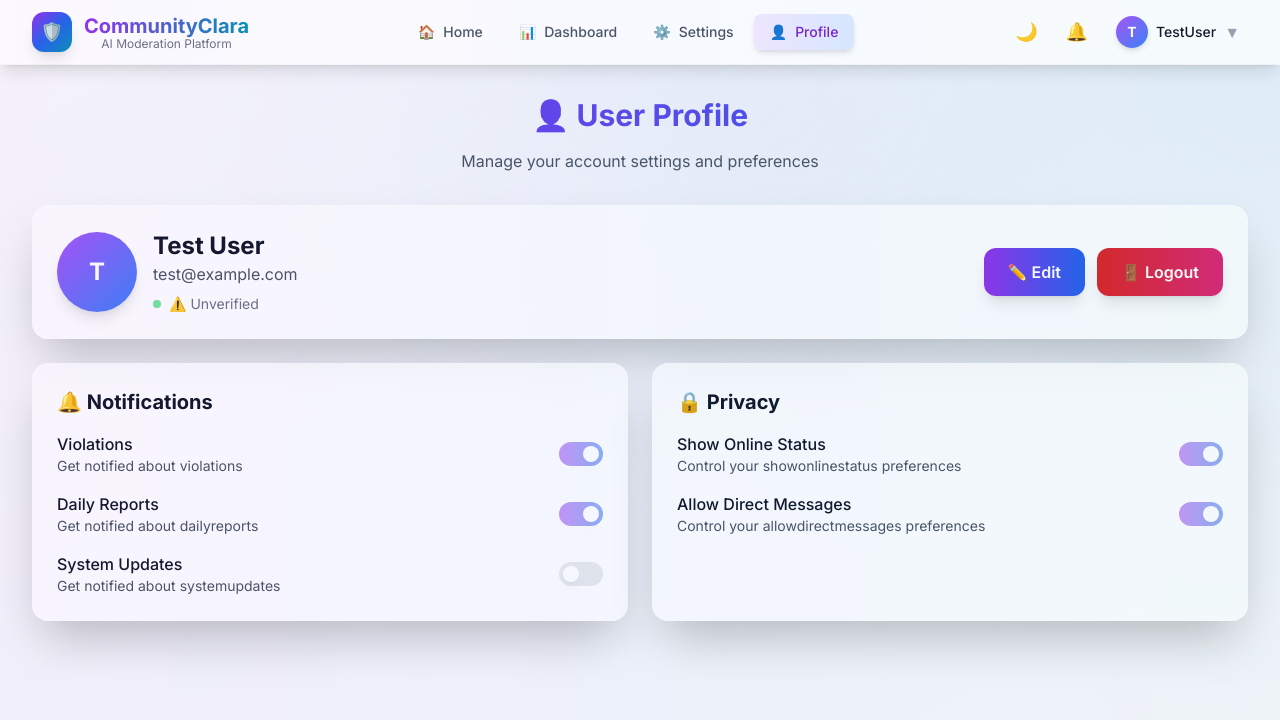
Repository: Tab-To-LightSpeed24/CommunityClara
Page: / (app in frontend/), after clicking the first element matching `div.hidden > :nth-child(4)`
The author's editor kept a copy of each file at every save. The page is drawn from the files as they stood at one save, then again after the next save.
The browser window is 1280 px wide. The pictures show the whole page.
The page's requests for data from a server got no answer. Backgrounds fixed to the window are drawn as part of the page. The project was rebuilt for these pictures with package versions that can differ from the ones it lists, and the page was loaded fresh each time. No one was signed in, and anything a server would have sent is missing. Also part of the build but not shown: frontend/vite.config.js, frontend/src/components/Dashboard/StatsOverview.jsx, frontend/src/components/Dashboard/HealthScore.jsx, frontend/src/components/Dashboard/ViolationsList.jsx, frontend/src/components/Dashboard/AnalyticsChart.jsx, frontend/src/components/Dashboard/ServerSelector.jsx, frontend/src/components/Layout/LoadingSpinner.jsx, frontend/src/components/Layout/ErrorMessage.jsx and 6 more.

Above is the page before, as saved 2025-08-23 01:08:42.

### frontend/index.html
<!doctype html>
<html lang="en">
  <head>
    <meta charset="UTF-8" />
    <link rel="icon" type="image/svg+xml" href="/vite.svg" />
    <meta name="viewport" content="width=device-width, initial-scale=1.0" />
    <title>CommunityClara AI - Discord Moderation Dashboard</title>
  </head>
  <body>
    <div id="root"></div>
    <script type="module" src="/src/main.jsx"></script>
  </body>
</html>

### frontend/src/main.jsx
// frontend/src/main.jsx

import React from 'react'
import ReactDOM from 'react-dom/client'
import App from './App.jsx'
import './index.css'

ReactDOM.createRoot(document.getElementById('root')).render(
  <React.StrictMode>
    <App />
  </React.StrictMode>,
)

### frontend/src/components/Profile/UserProfile.jsx
import React, { useState } from 'react'
import { useAuth } from '../../contexts/AuthContext'
import GoogleSignIn from '../Auth/GoogleSignIn'
import { apiEndpoints } from '../../services/api'

const UserProfile = () => {
  const { user, logout, updateProfile, isAuthenticated, isLoading } = useAuth()
  const [isEditing, setIsEditing] = useState(false)
  const [saving, setSaving] = useState(false)
  const [profile, setProfile] = useState({
    username: user?.username || '',
    display_name: user?.display_name || user?.username || '',
    email: user?.email || '',
    theme: user?.theme || 'system',
    timezone: user?.timezone || 'UTC',
    language: user?.language || 'en',
    notifications: {
      violations: true,
      dailyReports: true,
      systemUpdates: false
    },
    privacy: {
      showOnlineStatus: true,
      allowDirectMessages: true
    }
  })
  // Update profile state when user data changes
  React.useEffect(() => {
    if (user) {
      setProfile(prev => ({
        ...prev,
        username: user.username || '',
        display_name: user.display_name || user.username || '',
        email: user.email || '',
        theme: user.theme || 'system',
        timezone: user.timezone || 'UTC',
        language: user.language || 'en'
      }))
    }
  }, [user])
  const handleSignInSuccess = (userData) => {
  console.log('✅ Sign-in successful:', userData)
  // AuthContext will handle the user state update
}

const handleSignInError = (error) => {
  console.error('❌ Sign-in failed:', error)
  // You can show an error message here
}

// Loading state
if (isLoading) {
    return (
      <div className="flex items-center justify-center py-12">
        <div className="animate-spin rounded-full h-8 w-8 border-b-2 border-purple-600"></div>
        <span className="ml-3 text-lg text-gray-600 dark:text-gray-400">Loading profile...</span>
      </div>
    )
  }

  // Not authenticated - show sign-in
  if (!isAuthenticated) {
    return (
      <div className="max-w-lg mx-auto mt-12">
        <div className="card backdrop-blur-sm bg-white/80 dark:bg-gray-900/80 border border-white/20 shadow-2xl text-center">
          <div className="mb-6">
            <div className="w-20 h-20 bg-gradient-to-br from-purple-500 to-blue-500 rounded-full flex items-center justify-center mx-auto mb-4">
              <span className="text-white text-2xl">👤</span>
            </div>
            <h2 className="text-2xl font-bold text-gray-900 dark:text-gray-100 mb-2">
              Sign In Required
            </h2>
            <p className="text-gray-600 dark:text-gray-400">
              Please sign in with Google to access your profile settings
            </p>
          </div>

          <GoogleSignIn
            onSuccess={handleSignInSuccess}
            onError={handleSignInError}
          />
        </div>
      </div>
    )
  }


  const handleSave = async () => {
    try {
      setSaving(true)

      // Update profile through AuthContext
      const profileData = {
        username: profile.username,
        display_name: profile.display_name,
        theme: profile.theme,
        timezone: profile.timezone,
        language: profile.language,
        notification_preferences: JSON.stringify({
          notifications: profile.notifications,
          privacy: profile.privacy
        })
      }

      const result = await updateProfile(profileData)

      if (result.success) {
        setIsEditing(false)
        console.log('✅ Profile saved successfully')
        // You can add a toast notification here if you have a notification system
      } else {
        console.error('❌ Failed to save profile:', result.error)
        // You can add an error toast here
      }

    } catch (error) {
      console.error('❌ Error saving profile:', error)
      // You can add an error toast here
    } finally {
      setSaving(false)
    }
  }

  const handleLogout = async () => {
    await logout()
    // No need to manually redirect, AuthContext will handle the state
  }


  return (
    <div className="space-y-6">
      {/* Profile Header */}
      <div className="card backdrop-blur-sm bg-white/80 dark:bg-gray-900/80 border border-white/20 shadow-2xl">
        <div className="flex items-center justify-between">
          <div className="flex items-center space-x-4">
            {/* Avatar */}
            <div className="w-20 h-20 bg-gradient-to-br from-purple-500 to-blue-500 rounded-full flex items-center justify-center shadow-lg">
              {user?.avatar_url ? (
                <img
                  src={user.avatar_url}
                  alt="Profile"
                  className="w-full h-full rounded-full"
                />
              ) : (
                <span className="text-white text-2xl font-bold">
                  {user?.display_name?.charAt(0)?.toUpperCase() || user?.username?.charAt(0)?.toUpperCase() || '?'}
                </span>
              )}
            </div>

            <div>
              <h2 className="text-2xl font-bold text-gray-900 dark:text-gray-100">
                {user?.display_name || user?.username}
              </h2>
              <p className="text-gray-600 dark:text-gray-300">{user?.email}</p>
              <div className="flex items-center space-x-2 mt-2">
                <div className="w-2 h-2 bg-green-400 rounded-full animate-pulse"></div>
                <span className="text-sm text-gray-500 dark:text-gray-400">
                  {user?.is_verified ? '✅ Verified' : '⚠️ Unverified'}
                </span>
              </div>
            </div>
          </div>

          <div className="flex items-center space-x-3">
            <button
              onClick={() => setIsEditing(!isEditing)}
              className="btn bg-gradient-to-r from-purple-600 to-blue-600 text-white hover:from-purple-700 hover:to-blue-700"
            >
              {isEditing ? '❌ Cancel' : '✏️ Edit'}
            </button>

            {isEditing && (
              <button
                onClick={handleSave}
                disabled={saving}
                className="btn bg-gradient-to-r from-green-600 to-emerald-600 text-white hover:from-green-700 hover:to-emerald-700 disabled:opacity-50"
              >
                {saving ? (
                  <>
                    <span className="animate-spin mr-2">⟳</span>
                    Saving...
                  </>
                ) : (
                  '✅ Save Changes'
                )}
              </button>
            )}

            <button
              onClick={handleLogout}
              className="btn bg-gradient-to-r from-red-600 to-pink-600 text-white hover:from-red-700 hover:to-pink-700"
            >
              🚪 Logout
            </button>
          </div>
        </div>
      </div>


      {/* Editable Profile Fields */}
      {isEditing && (
        <div className="card backdrop-blur-sm bg-white/80 dark:bg-gray-900/80 border border-white/20 shadow-2xl">
          <h3 className="text-lg font-semibold text-gray-900 dark:text-gray-100 mb-4 flex items-center">
            <span className="text-xl mr-2">✏️</span>
            Edit Profile Information
          </h3>

          <div className="grid grid-cols-1 md:grid-cols-2 gap-6">
            <div>
              <label className="block text-sm font-medium text-gray-700 dark:text-gray-300 mb-2">
                Username
              </label>
              <input
                type="text"
                value={profile.username}
                onChange={(e) => setProfile(prev => ({...prev, username: e.target.value}))}
                className="w-full p-3 border border-gray-300 dark:border-gray-600 rounded-lg bg-white dark:bg-gray-800 text-gray-900 dark:text-gray-100"
              />
            </div>

            <div>
              <label className="block text-sm font-medium text-gray-700 dark:text-gray-300 mb-2">
                Display Name
              </label>
              <input
                type="text"
                value={profile.display_name}
                onChange={(e) => setProfile(prev => ({...prev, display_name: e.target.value}))}
                className="w-full p-3 border border-gray-300 dark:border-gray-600 rounded-lg bg-white dark:bg-gray-800 text-gray-900 dark:text-gray-100"
              />
            </div>

            <div>
              <label className="block text-sm font-medium text-gray-700 dark:text-gray-300 mb-2">
                Theme
              </label>
              <select
                value={profile.theme}
                onChange={(e) => setProfile(prev => ({...prev, theme: e.target.value}))}
                className="w-full p-3 border border-gray-300 dark:border-gray-600 rounded-lg bg-white dark:bg-gray-800 text-gray-900 dark:text-gray-100"
              >
                <option value="system">System</option>
                <option value="light">Light</option>
                <option value="dark">Dark</option>
              </select>
            </div>

            <div>
              <label className="block text-sm font-medium text-gray-700 dark:text-gray-300 mb-2">
                Timezone
              </label>
              <select
                value={profile.timezone}
                onChange={(e) => setProfile(prev => ({...prev, timezone: e.target.value}))}
                className="w-full p-3 border border-gray-300 dark:border-gray-600 rounded-lg bg-white dark:bg-gray-800 text-gray-900 dark:text-gray-100"
              >
                <option value="UTC">UTC</option>
                <option value="America/New_York">Eastern Time</option>
                <option value="America/Chicago">Central Time</option>
                <option value="America/Denver">Mountain Time</option>
                <option value="America/Los_Angeles">Pacific Time</option>
                <option value="Europe/London">London</option>
                <option value="Europe/Paris">Paris</option>
                <option value="Asia/Tokyo">Tokyo</option>
                <option value="Asia/Kolkata">India</option>
              </select>
            </div>
          </div>
        </div>
      )}




      {/* Settings */}
      <div className="grid grid-cols-1 lg:grid-cols-2 gap-6">
        {/* Notification Settings */}
        <div className="card backdrop-blur-sm bg-white/80 dark:bg-gray-900/80 border border-white/20 shadow-2xl">
          <h3 className="text-xl font-bold text-gray-900 dark:text-gray-100 mb-4">
            🔔 Notifications
          </h3>

          <div className="space-y-4">
            {Object.entries(profile.notifications).map(([key, value]) => (
              <div key={key} className="flex items-center justify-between">
                <div>
                  <div className="font-medium text-gray-900 dark:text-gray-100 capitalize">
                    {key.replace(/([A-Z])/g, ' $1').toLowerCase()}
                  </div>
                  <div className="text-sm text-gray-600 dark:text-gray-400">
                    Get notified about {key.toLowerCase()}
                  </div>
                </div>
                <button
                  onClick={() => setProfile(prev => ({
                    ...prev,
                    notifications: { ...prev.notifications, [key]: !value }
                  }))}
                  disabled={!isEditing}
                  className={`relative inline-flex h-6 w-11 items-center rounded-full transition-colors duration-300 focus:outline-none focus:ring-2 focus:ring-purple-500 focus:ring-offset-2 ${
                    value
                      ? 'bg-gradient-to-r from-purple-600 to-blue-600'
                      : 'bg-gray-300 dark:bg-gray-600'
                  } ${!isEditing ? 'opacity-50 cursor-not-allowed' : ''}`}
                >
                  <span
                    className={`inline-block h-4 w-4 transform bg-white rounded-full shadow-lg transition-transform duration-300 ${
                      value ? 'translate-x-6' : 'translate-x-1'
                    }`}
                  />
                </button>
              </div>
            ))}
          </div>
        </div>

        {/* Privacy Settings */}
        <div className="card backdrop-blur-sm bg-white/80 dark:bg-gray-900/80 border border-white/20 shadow-2xl">
          <h3 className="text-xl font-bold text-gray-900 dark:text-gray-100 mb-4">
            🔒 Privacy
          </h3>

          <div className="space-y-4">
            {Object.entries(profile.privacy).map(([key, value]) => (
              <div key={key} className="flex items-center justify-between">
                <div>
                  <div className="font-medium text-gray-900 dark:text-gray-100 capitalize">
                    {key.replace(/([A-Z])/g, ' $1').toLowerCase()}
                  </div>
                  <div className="text-sm text-gray-600 dark:text-gray-400">
                    Control your {key.toLowerCase()} preferences
                  </div>
                </div>
                <button
                  onClick={() => setProfile(prev => ({
                    ...prev,
                    privacy: { ...prev.privacy, [key]: !value }
                  }))}
                  disabled={!isEditing}
                  className={`relative inline-flex h-6 w-11 items-center rounded-full transition-colors duration-300 focus:outline-none focus:ring-2 focus:ring-purple-500 focus:ring-offset-2 ${
                    value
                      ? 'bg-gradient-to-r from-purple-600 to-blue-600'
                      : 'bg-gray-300 dark:bg-gray-600'
                  } ${!isEditing ? 'opacity-50 cursor-not-allowed' : ''}`}
                >
                  <span
                    className={`inline-block h-4 w-4 transform bg-white rounded-full shadow-lg transition-transform duration-300 ${
                      value ? 'translate-x-6' : 'translate-x-1'
                    }`}
                  />
                </button>
              </div>
            ))}
          </div>
        </div>
      </div>
    </div>
  )
}

export default UserProfile

### frontend/src/components/Dashboard/ActivityLog.jsx
// frontend/src/components/Dashboard/ActivityLog.jsx
import React, { useState, useEffect } from 'react'
import { apiHelpers } from '../../services/api'

const ActivityLog = ({ serverId }) => {
  const [activities, setActivities] = useState([])
  const [loading, setLoading] = useState(true)

  useEffect(() => {
    // Only show real activity data - no mock generation
    setActivities([])
    setLoading(false)
  }, [serverId])

  if (loading) {
    return (
      <div className="card backdrop-blur-sm bg-white/80 dark:bg-gray-900/80 border border-white/20 shadow-2xl">
        <div className="animate-pulse">
          <div className="h-6 bg-gradient-to-r from-gray-200 to-gray-300 rounded mb-4"></div>
          <div className="space-y-3">
            {[...Array(5)].map((_, i) => (
              <div key={i} className="flex items-center space-x-3">
                <div className="w-10 h-10 bg-gray-200 rounded-full"></div>
                <div className="flex-1">
                  <div className="h-4 bg-gray-200 rounded mb-2"></div>
                  <div className="h-3 bg-gray-100 rounded w-3/4"></div>
                </div>
              </div>
            ))}
          </div>
        </div>
      </div>
    )
  }

  return (
    <div className="card backdrop-blur-sm bg-white/80 dark:bg-gray-900/80 border border-white/20 shadow-2xl hover:shadow-purple-500/10 transition-all duration-300">
      <div className="flex items-center justify-between mb-6">
        <h3 className="text-xl font-bold bg-gradient-to-r from-purple-600 to-pink-600 bg-clip-text text-transparent">
          🔴 Live Activity Feed
        </h3>
        <div className="flex items-center space-x-2">
          <div className="w-2 h-2 bg-gray-400 rounded-full"></div>
          <span className="text-sm text-gray-500 dark:text-gray-400">No Activity</span>
        </div>
      </div>

      {/* Empty State */}
      <div className="text-center py-8">
        <div className="w-16 h-16 bg-gray-100 dark:bg-gray-800 rounded-full flex items-center justify-center mx-auto mb-4">
          <span className="text-2xl">📊</span>
        </div>
        <h4 className="text-lg font-medium text-gray-900 dark:text-gray-100 mb-2">No Activity Data</h4>
        <p className="text-gray-600 dark:text-gray-400">Live activity will appear here as your server processes messages.</p>
      </div>
    </div>
  )
}

export default ActivityLog

Loaded but not shown: frontend/src/services/api.js (492 lines, source omitted); frontend/src/hooks/useServerStats.js (193 lines, source omitted); frontend/tailwind.config.js (43 lines, source omitted); frontend/src/pages/Home.jsx (343 lines, source omitted); frontend/src/index.css (621 lines, source omitted); frontend/src/components/Layout/Navbar.jsx (299 lines, source omitted); frontend/src/components/Dashboard/TrendChart.jsx (268 lines, source omitted); frontend/src/App.jsx (231 lines, source omitted); frontend/src/contexts/AuthContext.jsx (244 lines, source omitted)

After the next save:
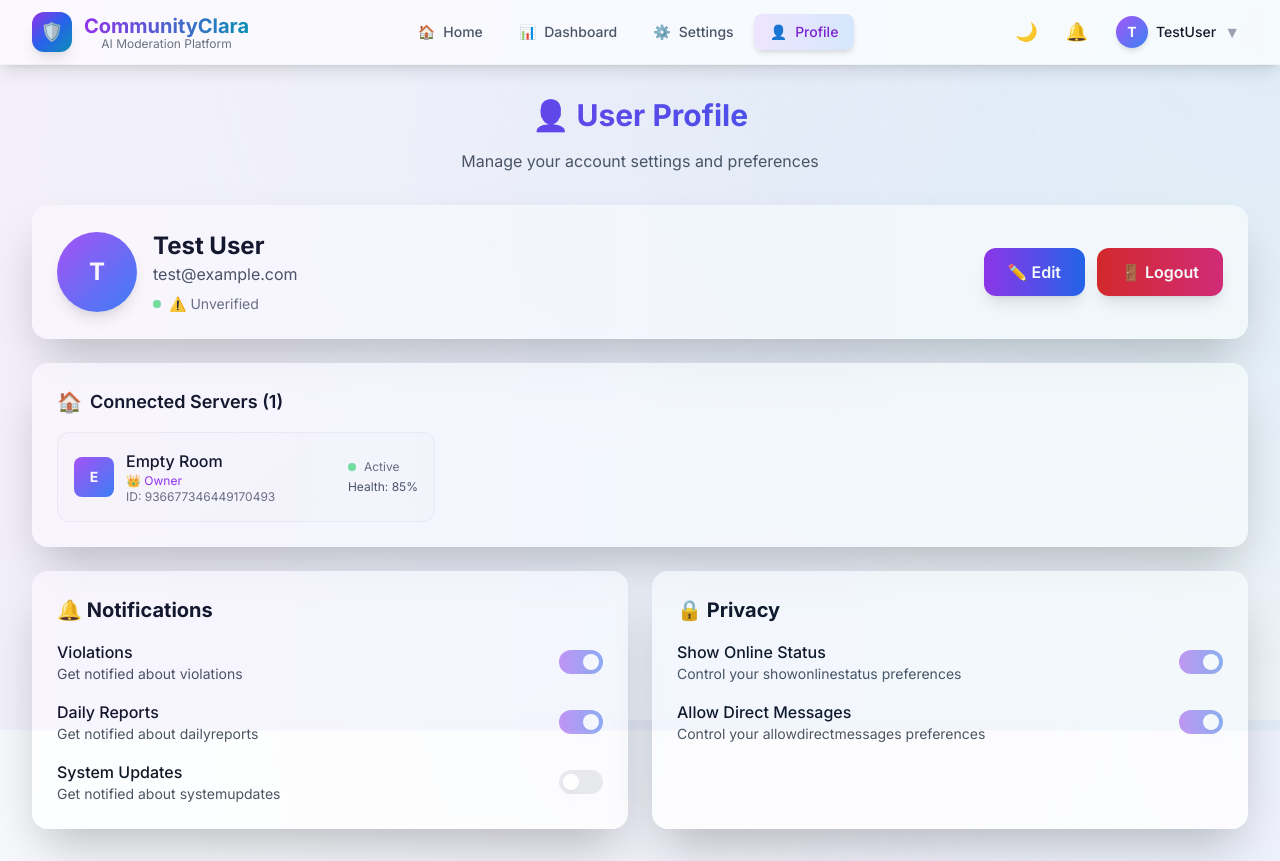
Saved 18 s later.
--- a/frontend/src/components/Profile/UserProfile.jsx
+++ b/frontend/src/components/Profile/UserProfile.jsx
@@ -270,6 +270,52 @@ if (isLoading) {
         </div>
       )}
 
+      {/* Connected Servers */}
+      <div className="card backdrop-blur-sm bg-white/80 dark:bg-gray-900/80 border border-white/20 shadow-2xl">
+        <h3 className="text-lg font-semibold text-gray-900 dark:text-gray-100 mb-4 flex items-center">
+          <span className="text-xl mr-2">🏠</span>
+          Connected Servers ({user?.servers?.length || 0})
+        </h3>
+
+        <div className="grid grid-cols-1 md:grid-cols-2 lg:grid-cols-3 gap-4">
+          {user?.servers?.map((server) => (
+            <div key={server.id} className="p-4 rounded-xl bg-gray-50/50 dark:bg-gray-800/30 border border-gray-200/50 dark:border-gray-700/50 hover:bg-gray-100/50 dark:hover:bg-gray-700/30 transition-all duration-300">
+              <div className="flex items-center justify-between">
+                <div className="flex items-center space-x-3">
+                  <div className="w-10 h-10 bg-gradient-to-br from-purple-500 to-blue-500 rounded-lg flex items-center justify-center">
+                    <span className="text-white font-bold text-sm">
+                      {server.name?.charAt(0).toUpperCase()}
+                    </span>
+                  </div>
+                  <div>
+                    <div className="font-medium text-gray-900 dark:text-gray-100">
+                      {server.name}
+                    </div>
+                    <div className="text-xs text-purple-600 dark:text-purple-400">
+                      {server.owner ? '👑 Owner' : '👤 Member'}
+                    </div>
+                    <div className="text-xs text-gray-500 dark:text-gray-400">
+                      ID: {server.id}
+                    </div>
+                  </div>
+                </div>
+
+                <div className="text-right">
+                  <div className="flex items-center space-x-2 mb-1">
+                    <div className="w-2 h-2 bg-green-400 rounded-full animate-pulse"></div>
+                    <span className="text-xs text-gray-500 dark:text-gray-400">Active</span>
+                  </div>
+                  {server.health_score && (
+                    <div className="text-xs text-gray-600 dark:text-gray-300">
+                      Health: {Math.round(server.health_score * 100)}%
+                    </div>
+                  )}
+                </div>
+              </div>
+            </div>
+          ))}
+        </div>
+      </div>
 
 
 
